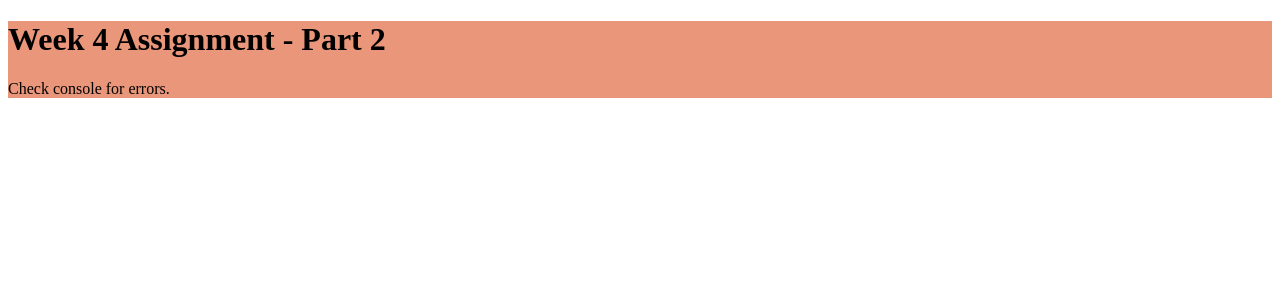
Repository: Ellusionism/prime-pw-week-4-assignment-part-2
Page: assignment/index.html
The author's editor kept a copy of each file at every save. The page is drawn from the files as they stood at one save, then again after the next save.
The browser window is 1280 px wide. The pictures show the whole page.

Above is the page before, as saved 2022-11-16 17:42:50.

### assignment/index.html
<!DOCTYPE html>
<meta name="viewport" content="width=device-width">
<html lang="en-US">
  <head>
    <meta charset="utf-8">
    <title>Week 4 Assignment</title>
    <link rel="stylesheet" href="stylesheet.css"></link>
    <!-- Create and CSS file -->
  </head>
  <body>
    <header class="homepageHeader">
      <h1>Week 4 Assignment - Part 2</h1>
      <p>Check console for errors.</p>
  </header>
  </body>
</html>

### assignment/stylesheet.css
body {
 background-color:
}

.homepageHeader {
 background-color:darksalmon
}

After the next save:
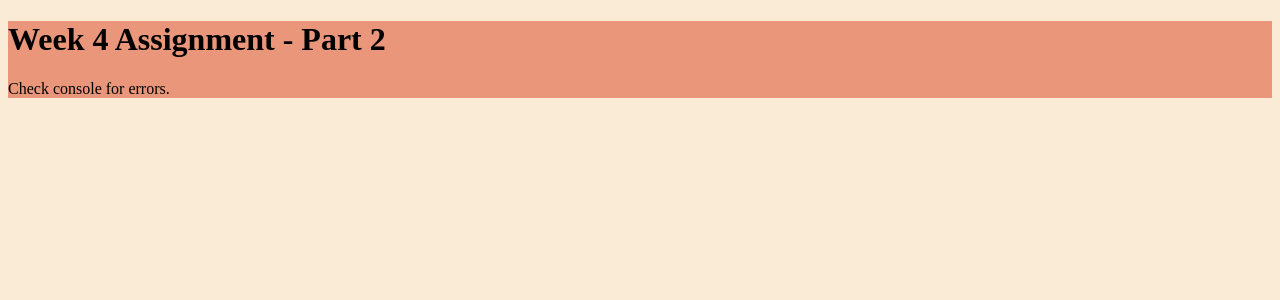
Saved 5 s later.
--- a/assignment/stylesheet.css
+++ b/assignment/stylesheet.css
@@ -1,5 +1,5 @@
 body {
- background-color:
+ background-color:antiquewhite
 }
 
 .homepageHeader {
